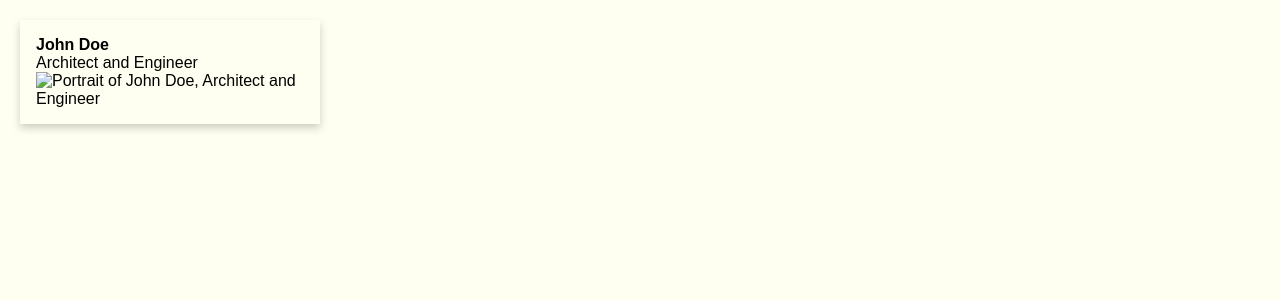
Repository: Muskan1Kumari4draw/React-app-with-concept
Page: /
The author's editor kept a copy of each file at every save. The page is drawn from the files as they stood at one save, then again after the next save.
The browser window is 1280 px wide. The pictures show the whole page.
The project was rebuilt for these pictures with package versions that can differ from the ones it lists, and the page was loaded fresh each time.

Above is the page before, as saved 2024-09-29 14:44:33.

After the next save:
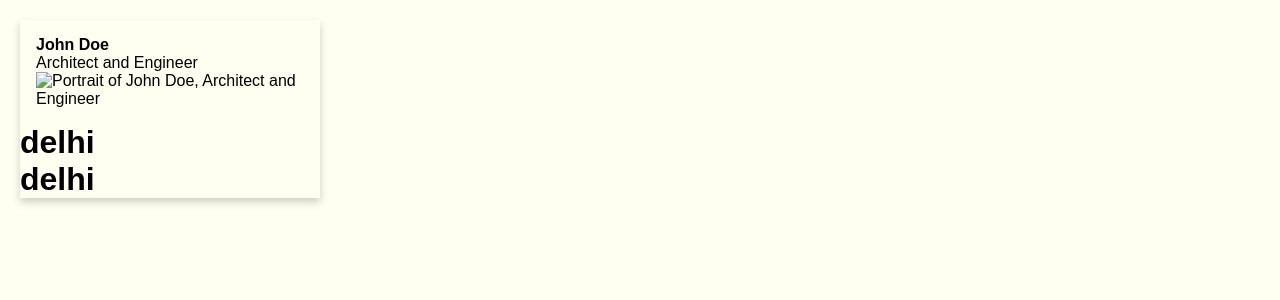
Saved 32 s later.
--- a/src/component/Basic/Restaurant.js
+++ b/src/component/Basic/Restaurant.js
@@ -14,7 +14,9 @@
         {
           data.map((item, index) =>{
             return (
-              <div key ={index}></div>
+              <div key ={index}>
+                <h1>{item.placeName}</h1>
+              </div>
             )
           })
         }
